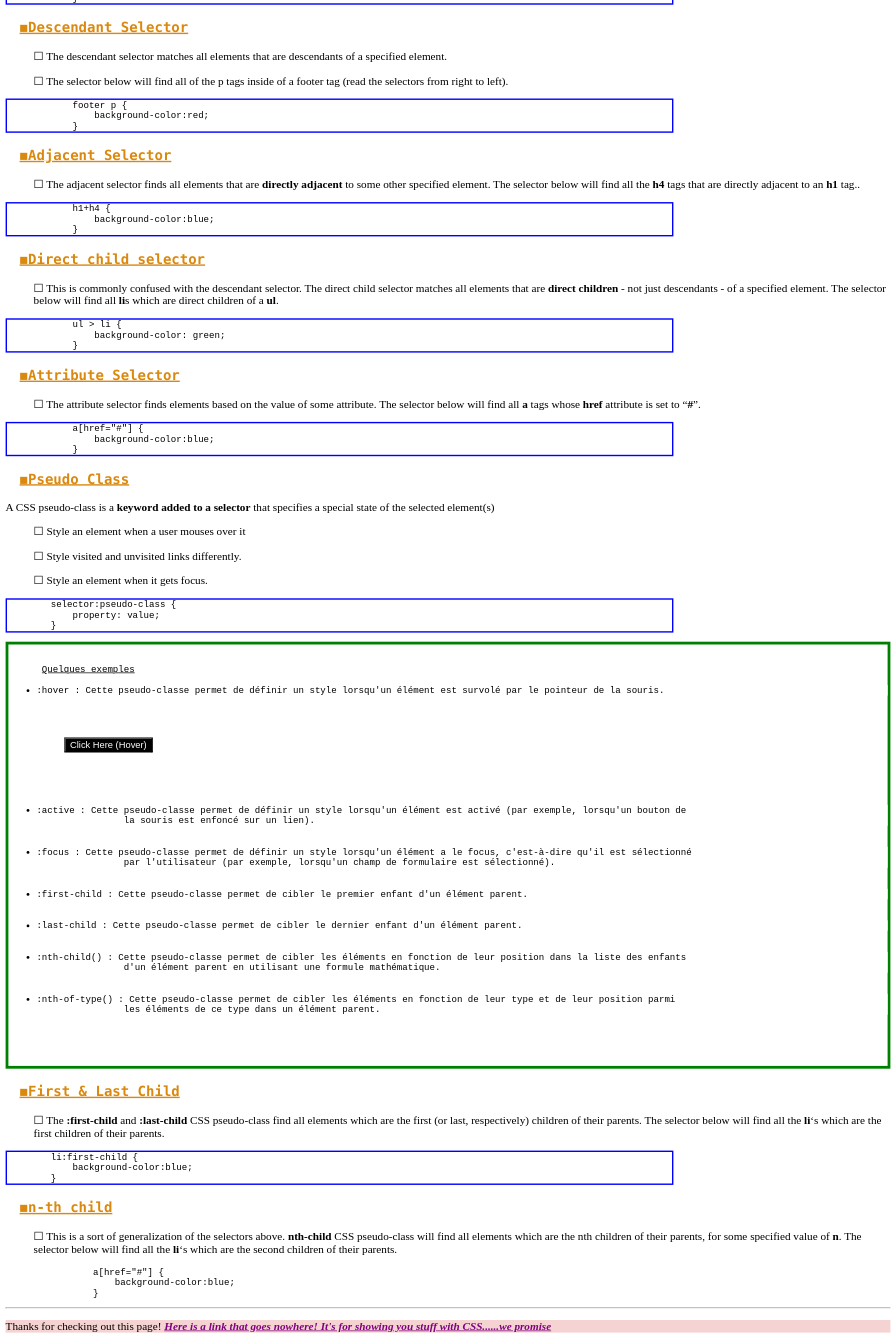
Repository: AnnaSpirit/Tests__
Page: CSS/Useful_Selectors.html
An editor plug-in stored every save of this project. The page is shown before and after the next save, followed by the edit.
The browser window is 1280 px wide. The pictures show the part of the page from y = 714 to 2634 px (the page is 2634 px tall before and 2623 px after), at 70% of full size.

Above is the page before, as saved 2024-04-03 18:46:50.

After the next save:
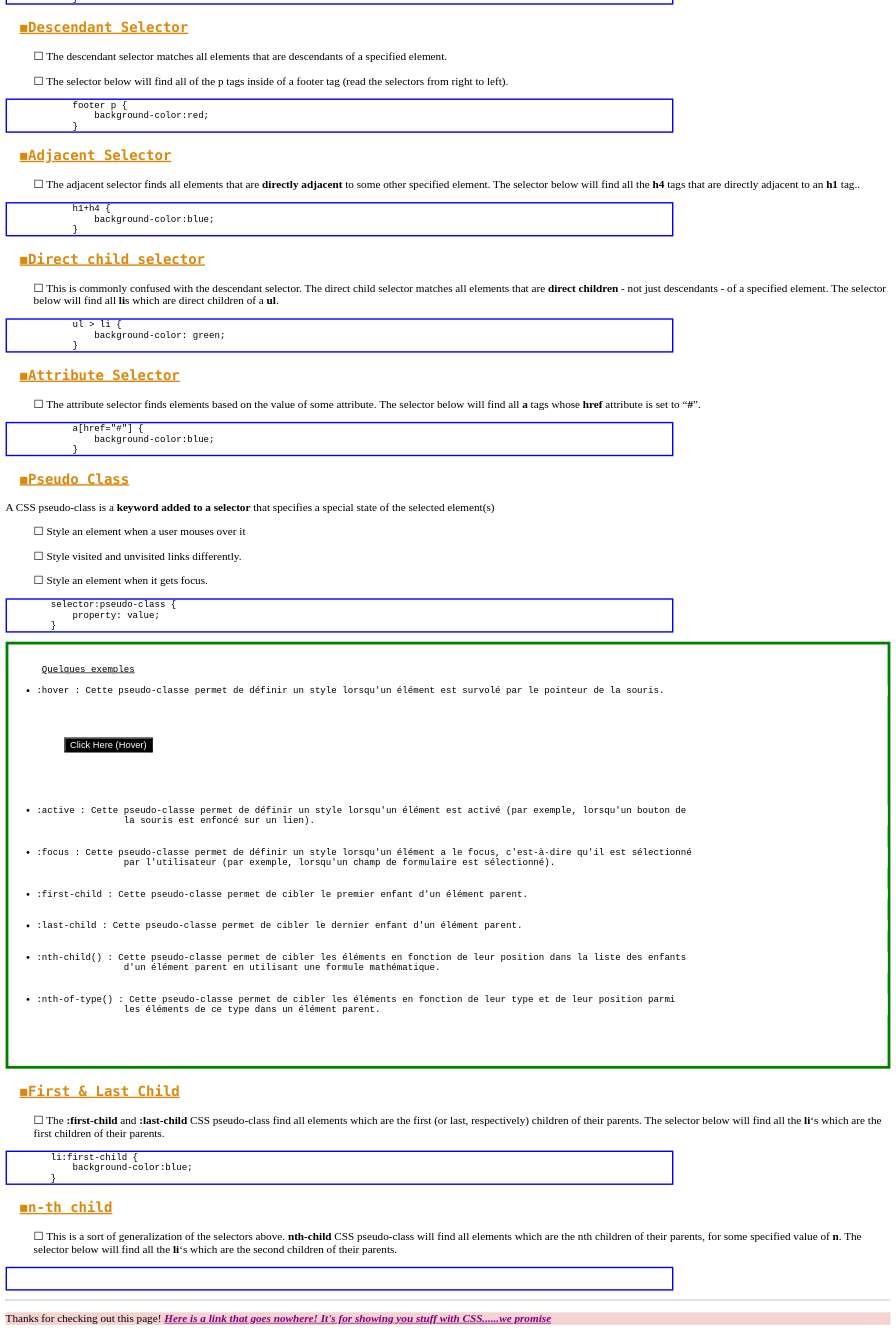
Saved 34 s later.
--- a/CSS/Useful_Selectors.html
+++ b/CSS/Useful_Selectors.html
@@ -148,10 +148,7 @@ développement web. -->
     <p style="padding-left: 40px;">&#9744; This is a sort of generalization of the selectors above. <b>nth-child</b> CSS pseudo-class will find all elements which are the
     nth children of their parents, for some specified value of <b>n</b>. The selector below will find all the <b>li</b>‘s which are the second children of their parents.</p>
     <span>
-        <pre>
-                a[href="#"] {
-                    background-color:blue;
-                }</pre>
+        <pre style="border: 2px solid blue; margin-right: 310px">
     </span>
     </section>
     <hr>
